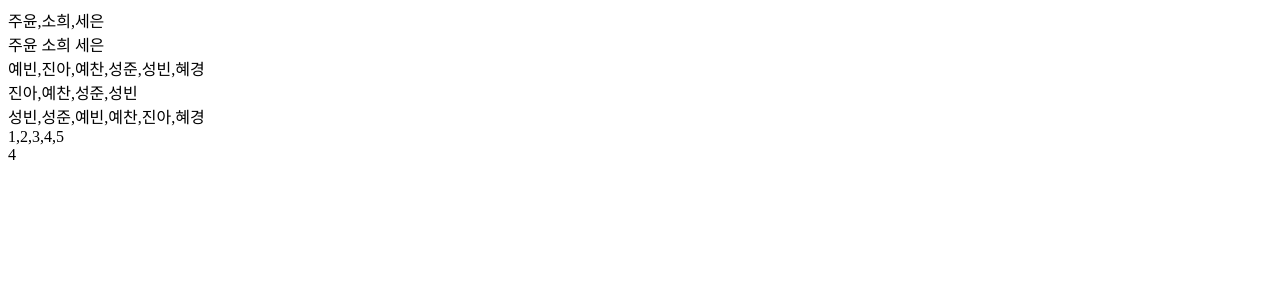
Repository: ssohee98/Web-Study
Page: JS/WebContent/inner/i_exam01.html
An editor plug-in stored every save of this project. The page is shown before and after the next save, followed by the edit.
The browser window is 1280 px wide. The pictures show the whole page.

Above is the page before, as saved 2023-02-22 01:10:12.

After the next save:
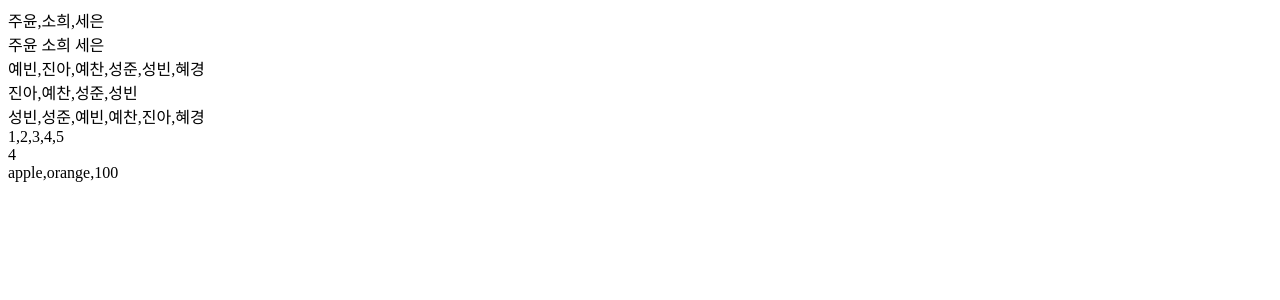
Saved 97 s later.
--- a/JS/WebContent/inner/i_exam01.html
+++ b/JS/WebContent/inner/i_exam01.html
@@ -43,15 +43,18 @@
 	document.write(arr7.toString()+"<br>");	//성빈,성준,예빈,예찬,진아,혜경	:오름차순 정렬
 
 	//ES6 Array
-
-
 	//Array.of() : 전달받은 모든 인수로 배열 생성
 	let arr8 = Array.of(1,2,3,4,5);
 	document.write(arr8.toString()+"<br>");	//1,2,3,4,5
 
-	//Array.find() : 함수에 충족하는 조건에 맞는 배열의 첫번째 요소를 반환
+	//Array.find() : 함수에 충족하는 조건에 맞는 배열의 **첫번째** 요소를 반환
 	let re = arr8.find(e => e > 3);	//3이상인 조건을 만족하는
-	document.write(re+"<br>");
+	document.write(re+"<br>");		//4
+
+	//...pre => spered operator : 배열복사
+	let arr9 = ['apple', 'orange', 100];
+	let arr10 = [...arr9];
+	document.write(arr10.toString()+"<br>");
 
 
 
